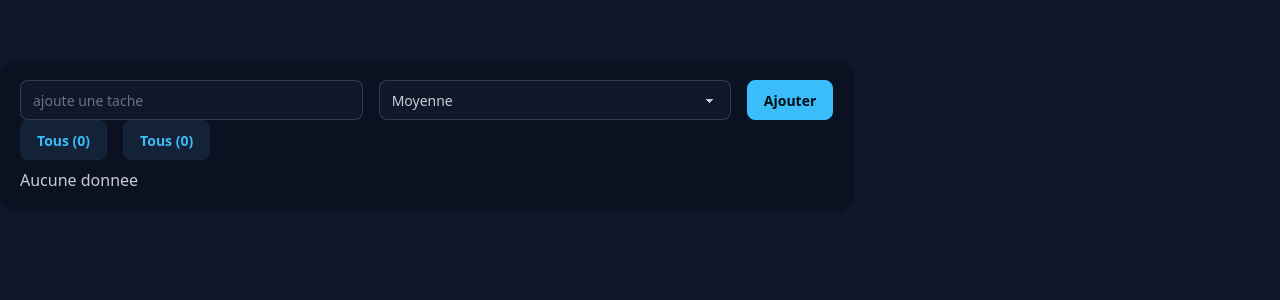
Repository: gradi243/react_ex_tuto
Page: /
These files come from the project's save history. The page is drawn as it stood at one moment and after a run of saves; the edit follows.
The browser window is 1280 px wide. The pictures show the whole page.
The project was rebuilt for these pictures with package versions that can differ from the ones it lists, and the page was loaded fresh each time. Also part of the build but not shown: vite.config.ts, src/TodoItem.tsx.

Above is the page before, as saved 2025-09-14 03:33:16.

After the next 6 saves:
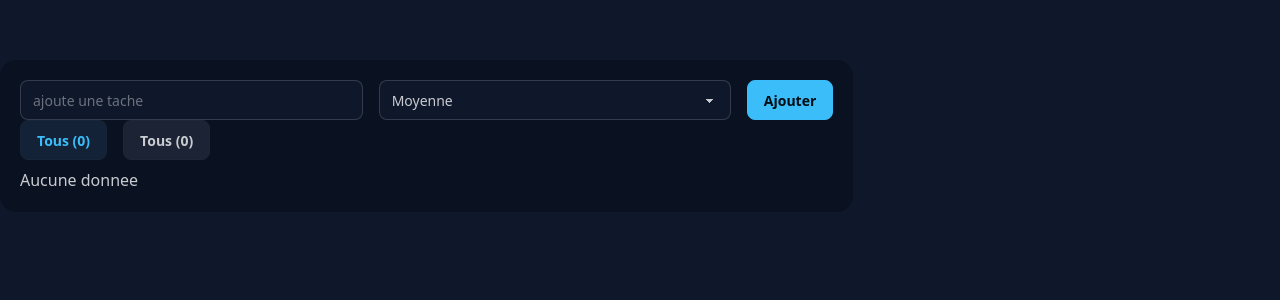
The 6 saves are shown as one change because they came seconds apart.
The last was saved 22 s later.
--- a/src/App.tsx
+++ b/src/App.tsx
@@ -92,7 +92,7 @@
             </button>
 
              <button
-              className={`btn btn-soft ${filtere=== "Tous" ? "btn-primary" :""}`}
+              className={`btn btn-soft ${filtere=== "Urigente" ? "btn-primary" :""}`}
               onClick={()=> setFilter("Tous")}
             >
               Tous ({totalcount1})
